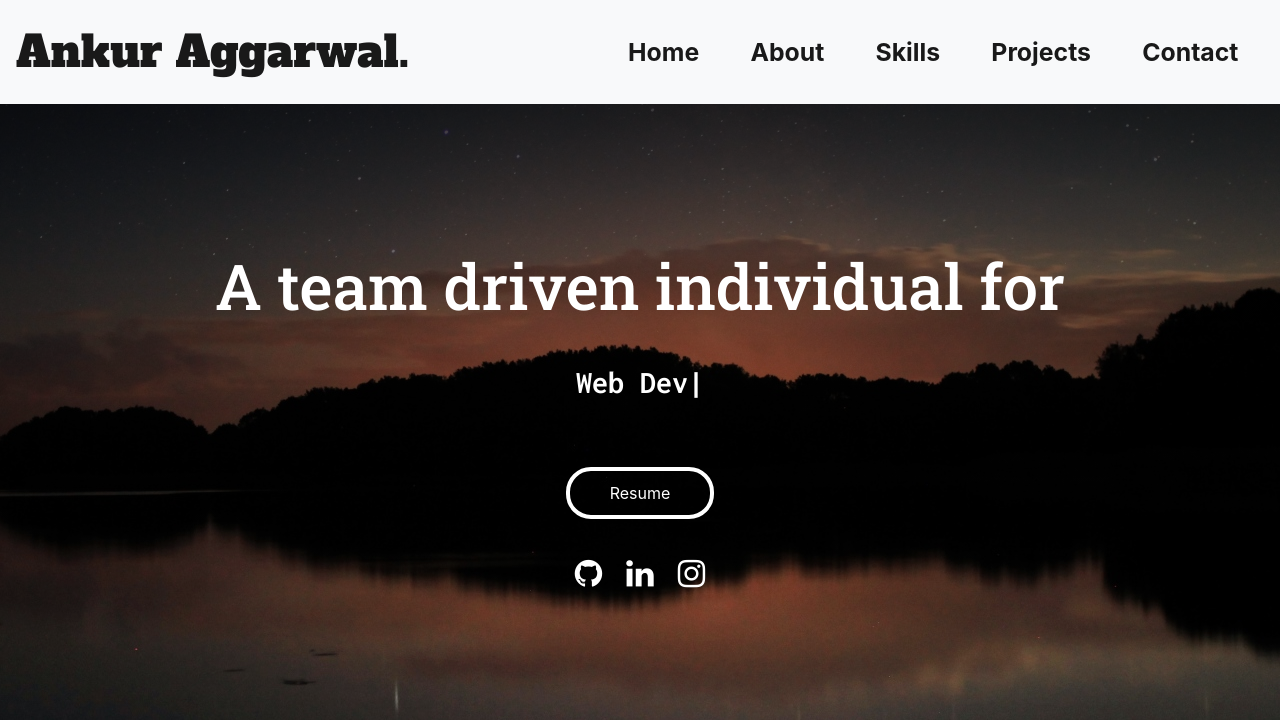
Repository: AnkurDevv/PersonalWebsite
Page: index.html
An editor plug-in stored every save of this project. The page is shown before and after the next save, followed by the edit.
The browser window is 1280 px wide. The pictures show the whole page.

Above is the page before, as saved 2020-09-13 16:38:11.

### index.html
<!DOCTYPE html>
<html>

<head>
  <meta charset="utf-8">
  <meta http-equiv="X-UA-Compatible" content="IE=edge">
  <title>Ankur Aggarwal</title>
  <meta name="description" content="">
  <meta name="viewport" content="width=device-width, initial-scale=1">
  <!-- FONT AWESOME FOR SOCIAL MEDIA ICONS -->
  <link rel="stylesheet" href="https://cdnjs.cloudflare.com/ajax/libs/font-awesome/4.7.0/css/font-awesome.min.css">
  <!-- Importing Bootstrap here -->
  <link rel="stylesheet" href="https://stackpath.bootstrapcdn.com/bootstrap/4.4.1/css/bootstrap.min.css"
    integrity="sha384-Vkoo8x4CGsO3+Hhxv8T/Q5PaXtkKtu6ug5TOeNV6gBiFeWPGFN9MuhOf23Q9Ifjh" crossorigin="anonymous">
  <!--CUSTOM CSS FOR THE PAGE  -->
  <link rel="stylesheet" href="./style/index.css">
  <!-- FOR COOL ANIMATION EFFECTS -->
  <link rel="stylesheet" href="./style/animate.css">
  <!-- FOR COOL TYPING EFFECTS -->
  <script src="https://cdn.jsdelivr.net/npm/typed.js@2.0.11"></script>
  <!-- FOR GOOGLE FONTS - START -->
  <!-- for main heading -->
  <link
    href="https://fonts.googleapis.com/css2?family=Merienda:wght@700&family=Pacifico&family=Roboto&family=Roboto+Slab:wght@500&display=swap"
    rel="stylesheet">
  <!-- For Sub heading -->
  <link
    href="https://fonts.googleapis.com/css2?family=Inconsolata:wght@700&family=Merienda:wght@700&family=Pacifico&family=Roboto&family=Roboto+Slab:wght@500&display=swap"
    rel="stylesheet">
  <!-- For Navbar Logo -->
  <link href="https://fonts.googleapis.com/css2?family=Alfa+Slab+One&display=swap" rel="stylesheet">
  <!-- FOR GOOGLE FONTS - END -->
</head>

<body>
  <header>
    <nav class="navbar navbar-expand-lg navbar-light bg-light">
      <a class="navbar-brand" id="Brand-logo">Ankur Aggarwal.</a>
      <button class="navbar-toggler" type="button" data-toggle="collapse" data-target="#navbarNav"
        aria-controls="navbarNav" aria-expanded="false" aria-label="Toggle navigation">
        <span class="navbar-toggler-icon"></span>
      </button>
      <div class="collapse navbar-collapse" id="navbarNav">
        <ul class="navbar-nav">
          <li class="nav-item active">
            <a class="nav-link" href="#">Home</a>
          </li>
          <li class="nav-item active">
            <a class="nav-link" href="#">About</a>
          </li>
          <!-- <li class="nav-item active">
            <a class="nav-link" href="#">Why Me?</a>
          </li> -->
          <li class="nav-item active">
            <a class="nav-link" href="#">Skills</a>
          </li>
          <li class="nav-item active">
            <a class="nav-link" href="#">Projects</a>
          </li>
          <li class="nav-item active">
            <a class="nav-link" href="#">Contact</a>
          </li>
        </ul>
      </div>
    </nav>


    <!-- FIRST IMPRESSION SECTION - START -->
    <section class="first-impression-section">
      <div class="row first-impression-row">
        <h1 class="text-center animated fadeInDown" id="MainNameHeading">A team driven individual for
        </h1>
      </div>
      <div class="row">
        <h3 id="MainSubHeading">
          <span id="typed" style="white-space:pre;"></span>
          <!-- <span class="typed-cursor typed-cursor--blink">|</span> -->
        </h3>
      </div>

      <!-- RESUME BUTTON - START -->
      <div class="row" id="ResumeDiv">
        <a type="button" href="https://drive.google.com/file/d/129eEq26ATzqey1-hpHnRXs40bzbBVkSX/view?usp=sharing"
          target="blank" class="btn btn-primary" id="ResumeBtn">Resume</a>
      </div>
      <!-- RESUME BUTTON - END -->

      <!-- SOCIAL LINKS -->
      <div class="socialLinksDiv">
        <!-- github link -->
        <a href="https://github.com/AnkurDevv" target="blank" class="social-link"><i
            class="fa fa-github fa-2x text-white"></i></a>
        <!-- linkedin link -->
        <a href="https://www.linkedin.com/in/ankur-aggarwal2112/" target="blank" class="social-link"><i
            class="fa fa-linkedin fa-2x text-white"></i></a>
        <!-- instagram link -->
        <a href="https://www.instagram.com/ankur_2112/?hl=en" target="blank" class="social-link"><i
            class="fa fa-instagram fa-2x text-white"></i></a>
      </div>

      <!-- SCROLL DOWN INDICATOR -->
      <div class="scrollDownDiv">

      </div>
    </section>
    <!-- FIRST IMPRESSION SECTION - END -->


  </header>

  <script>
    // JS FOR COOL TYPING EFFECT USING TYPE.JS -  START
    var options = {
      strings: ['Web Development.', 'Software Engineering.', 'Product Development.'],
      typeSpeed: 100,
      loop: true,
      backDelay: 800,
      backSpeed: 80,
      startDelay: 1000,
    };
    var typed = new Typed('#typed', options);
// JS FOR COOL TYPING EFFECT USING TYPE.JS -  END
  </script>

  <!-- NECESSARY JS FOR BOOTSTRAP - START -->
  <script src="https://code.jquery.com/jquery-3.4.1.slim.min.js"
    integrity="sha384-J6qa4849blE2+poT4WnyKhv5vZF5SrPo0iEjwBvKU7imGFAV0wwj1yYfoRSJoZ+n"
    crossorigin="anonymous"></script>
  <script src="https://cdn.jsdelivr.net/npm/popper.js@1.16.0/dist/umd/popper.min.js"
    integrity="sha384-Q6E9RHvbIyZFJoft+2mJbHaEWldlvI9IOYy5n3zV9zzTtmI3UksdQRVvoxMfooAo"
    crossorigin="anonymous"></script>
  <script src="https://stackpath.bootstrapcdn.com/bootstrap/4.4.1/js/bootstrap.min.js"
    integrity="sha384-wfSDF2E50Y2D1uUdj0O3uMBJnjuUD4Ih7YwaYd1iqfktj0Uod8GCExl3Og8ifwB6"
    crossorigin="anonymous"></script>
  <!-- NECESSARY JS FOR BOOTSTRAP - END -->

  <!-- ADDING JQUERY - START -->
  <script src="https://ajax.googleapis.com/ajax/libs/jquery/3.5.1/jquery.min.js"></script>
  <!-- ADDING JQUERY - END -->

  <!-- CUSTOM JS FOR THE PAGE - START  -->
  <script src="index.js"></script>
  <!-- CUSTOM JS FOR THE PAGE - END  -->
</body>

</html>

### style/index.css
body{
  margin-left: 0;
  margin-right: 0;
}

/* NAVBAR CSS - START */

#Brand-logo{
  font-family: 'Alfa Slab One', cursive;
  font-size: 270%;
}

.navbar-nav{
  margin-left: auto;
}

.nav-link{
  font-size: 155%;
  font-weight: 700;
  padding: 2vw!important;
}

@media only screen and (max-width: 992px) {
  .nav-link{
    text-align: center;
  }
}

@media only screen and (max-width: 600px) {

  #Brand-logo{
    font-size: 140%;
  }

  .navbar-nav{
    height: 100vh;
  }

  .nav-link{
    margin: 5vh auto;
  }

}

/* NAVBAR CSS - END */

/* FIRST IMPRESSION SECTION CSS - START */
header{
  height: 100vh; /* Takes 100% of the screen size */
  background: linear-gradient(rgba(0, 0, 0, 0.9), rgba(0, 0, 0, 0)), url(../images/sunset_skyline_lake_reflection_114025_1920x1080.jpg)no-repeat center center fixed;
  background-position: center;
  overflow: hidden;
  backdrop-filter: blur(10px);
}

#MainNameHeading{
  margin: 0 auto;
  margin-top: 20vh;
  font-size: 395%;
  color: white;
  font-family: 'Roboto Slab', serif;
  padding-bottom: 3%;
}

#MainSubHeading{
  margin: 0 auto;
  color: white;
  text-align: -webkit-center;
  font-family: 'Inconsolata', monospace;
  font-size: xx-large;
}

#ResumeBtn{
  -webkit-appearance: button;
  -moz-appearance: button;
  appearance: button;
  margin: 5% auto;
  margin-bottom: 2%;
  padding: 10px 3%;
  background-color: transparent;
  border: 4px solid white;
  border-radius: 25px;
}

#ResumeBtn:hover{
  background-color: white;
  color: black;
  font-weight: 700;
  font-size: 130%;
}

.socialLinksDiv{
  display: flex;
  justify-content: center;
}

.social-link{
  margin: 12px;
}

.scrollDownDiv{
  display: flex;
  justify-content: center;
}

@media only screen and (max-width: 600px) {
  #MainNameHeading{
    font-size: 300%;
    margin-top: 13vh;
  }
  #MainSubHeading{
    font-size: x-large;
  }
}
/* FIRST IMPRESSION SECTION CSS - ENDS */

### index.js
// CHANGING NAVBAR COLOR WHEN A USER HOVERS OVER A LINK
$(document).ready(function () {

  // makes nav transparent when user hovers on a link
  $(".nav-link").hover(function () {
    $('.navbar').addClass('bg-dark').removeClass('bg-light');
    $('#Brand-logo').css("color", "white");
    $('.nav-link').css("color", "white");
    $('.navbar-toggler').css("color", "white");
  });

  // makes nav non-transparent when user hovers on a link
  $(".navbar").mouseleave(function () {
    $('.navbar').addClass('bg-light').removeClass('bg-dark');
    $('#Brand-logo').css("color", "black");
    $('.nav-link').css("color", "black");
    $('.navbar-toggler').css("color", "black");
  });

});

Loaded but not shown: style/animate.css (library)

After the next save:
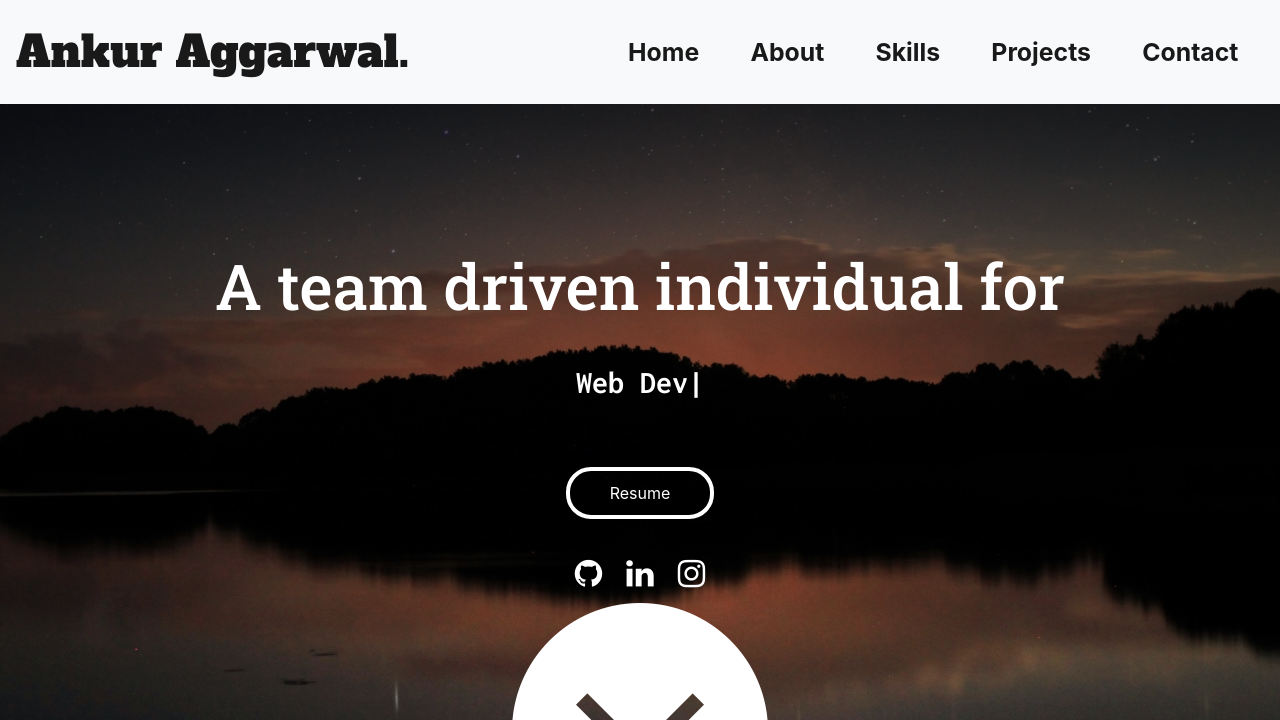
Saved 50 s later.
--- a/index.html
+++ b/index.html
@@ -100,7 +100,9 @@
 
       <!-- SCROLL DOWN INDICATOR -->
       <div class="scrollDownDiv">
-
+        <a href="">
+          <img src="images/downward Arrow.png" alt="">
+        </a>
       </div>
     </section>
     <!-- FIRST IMPRESSION SECTION - END -->
